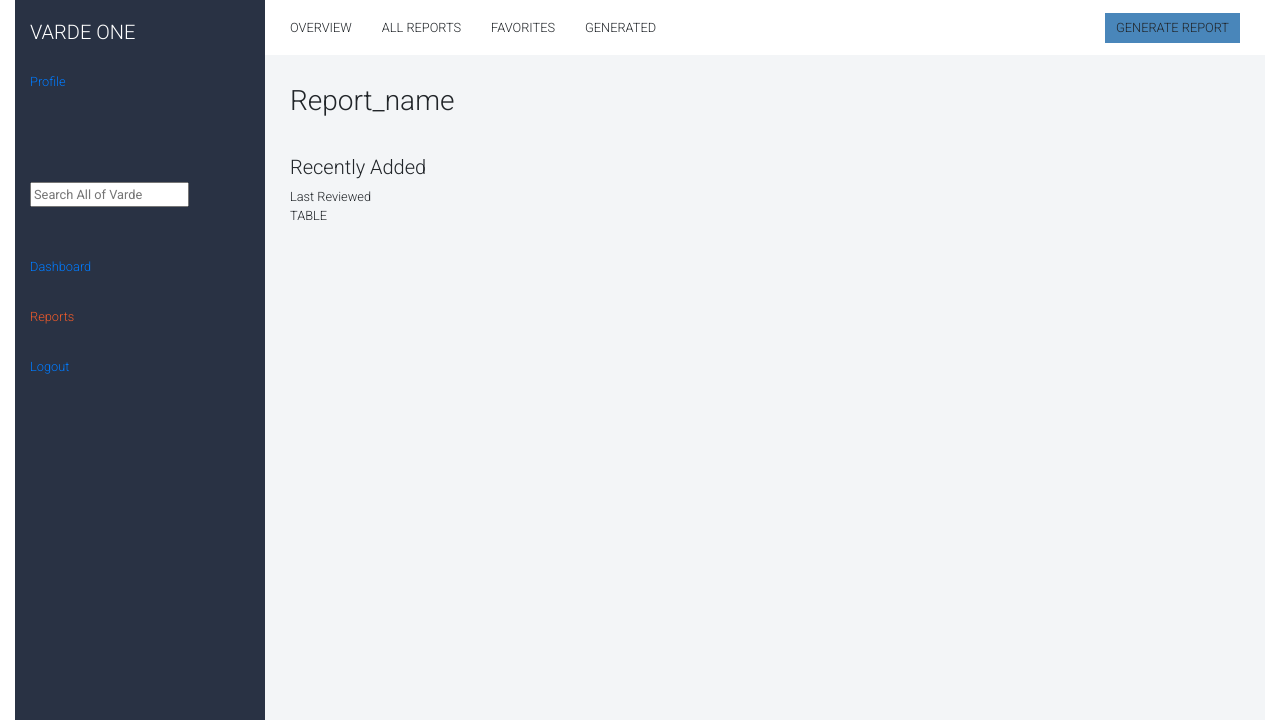
Repository: slavishtipkov/cra-redux
Page: /reports
An editor plug-in stored every save of this project. The page is shown before and after the next save, followed by the edit.
The browser window is 1280 px wide. The pictures show the whole page.
The project was rebuilt for these pictures with package versions that can differ from the ones it lists, and the page was loaded fresh each time. Also part of the build but not shown: src/Containers/Reports/reports.scss.

Above is the page before, as saved 2019-07-09 14:18:30.

### src/index.js
import React from "react";
import ReactDOM from "react-dom";
import { BrowserRouter as Router } from "react-router-dom";

import * as serviceWorker from "./serviceWorker";

import "@fortawesome/fontawesome-free/css/all.min.css";
import "bootstrap-css-only/css/bootstrap.min.css";
import "mdbreact/dist/css/mdb.css";

import App from "./Components/App";

import "./index.css";

ReactDOM.render(
  <Router>
    <App />
  </Router>,
  document.getElementById("root")
);

// If you want your app to work offline and load faster, you can change
// unregister() to register() below. Note this comes with some pitfalls.
// Learn more about service workers: https://bit.ly/CRA-PWA
serviceWorker.unregister();

### src/index.css
@import-normalize;

#root {
  max-width: 1360px;
  min-width: 960px;
  margin: 0 auto;
  font-size: 0.8rem;
}

### src/Components/App/App.js
import React, { Suspense, lazy } from "react";
import { Route, Switch } from "react-router-dom";

import SideBar from "../Common/SideBar";

import "./App.scss";

const Login = lazy(() => import("../../Containers/Login"));
const Profile = lazy(() => import("../../Containers/Profile"));
const Dashboard = lazy(() => import("../../Containers/Dashboard"));
const Reports = lazy(() => import("../../Containers/Reports"));
const NotFound = lazy(() => import("../Common/NotFound"));

const App = ({ childProps }) => {
  return (
    <div className="container-fluid">
      <SideBar />
      <Suspense fallback={<div>Loading...</div>}>
        <Switch>
          <Route path="/" exact component={Login} props={childProps} />
          <Route path="/profile" exact component={Profile} props={childProps} />
          <Route
            path="/dashboard"
            exact
            component={Dashboard}
            props={childProps}
          />
          <Route path="/reports" exact component={Reports} props={childProps} />
          <Route component={NotFound} />
        </Switch>
      </Suspense>
    </div>
  );
};

export default App;

### src/Components/App/App.scss
.container-fluid {
  width: 100%;
  height: 100vh;

  display: flex;
  align-items: stretch;

  .side-bar {
    width: 20%;
  }

  .page {
    width: 80%;
    background-color: #f3f5f7;

    .page-header {
      .page-header-nav {
        background-color: #ffffff;
        display: flex;
        justify-content: space-between;

        ul {
          display: flex;
          margin: 0;
          padding: 0;
          height: 55px;
          line-height: 55px;

          padding-left: 25px;

          li {
            display: block;
            margin-right: 30px;

            &:hover {
              color: #4986ba;
              cursor: pointer;
            }
          }
        }

        .generate-report-wrapper {
          align-self: center;
          text-align: center;

          .generate-button {
            margin-right: 25px;
            height: 30px;
            width: 135px;
            background-color: #4986ba;
            line-height: 30px;
            cursor: pointer;
          }
        }
      }
      .page-header-heading {
        height: 100px;
        display: flex;
        align-items: center;
        padding-left: 25px;
      }
      .page-header-content {
        padding-left: 25px;
      }
    }

    .page-content {
      padding-left: 25px;
    }
  }
}

### src/Containers/Reports/index.js
import Reports from "./Reports";

export default Reports;

### src/Components/Common/SideBar/SideBar.js
import React from "react";
import { NavLink } from "react-router-dom";

import "./sideBar.scss";
import { MDBContainer, MDBRow, MDBCol } from "mdbreact";
const SideBar = () => {
  const activeStyle = { color: "#F15B2A" };

  return (
    <nav className="side-bar">
      <h5 className="heading">VARDE ONE</h5>
      <div className="profile-section">
        <NavLink to="/profile" activeStyle={activeStyle}>
          Profile
        </NavLink>
      </div>
      <div className="search-bar">
        <input type="text" placeholder="Search All of Varde" />
      </div>
      <div className="main-links">
        <NavLink to="/dashboard" activeStyle={activeStyle}>
          Dashboard
        </NavLink>
        <NavLink to="/reports" activeStyle={activeStyle} exact>
          Reports
        </NavLink>
      </div>
      <NavLink to="/logout" activeStyle={activeStyle}>
        Logout
      </NavLink>
    </nav>
  );
};

export default SideBar;

### src/Containers/Reports/Reports.js
import React from "react";

import "./reports.scss";

const Reports = () => (
  <div className="reports-page page">
    <div className="reports-page-header page-header">
      <div className="page-header-nav">
        <ul>
          <li>OVERVIEW</li>
          <li>ALL REPORTS</li>
          <li>FAVORITES</li>
          <li>GENERATED</li>
        </ul>
        <div className="generate-report-wrapper">
          <div className="generate-button">GENERATE REPORT</div>
        </div>
      </div>
      <div className="page-header-heading">
        <h3>Report_name</h3>
      </div>
      <div className="page-header-content">
        <div className="recently-added">
          <h5>Recently Added</h5>
        </div>
      </div>
    </div>
    <div className="page-content">
      <div>Last Reviewed</div>
      <div className="table">TABLE</div>
    </div>
  </div>
);

export default Reports;

### src/Components/Common/SideBar/sideBar.scss
.side-bar {
  display: flex;
  flex-direction: column;

  padding-left: 15px;
  padding-right: 15px;
  background-color: #293244;

  .heading {
    padding-top: 20px;
    padding-bottom: 20px;
    color: white;
  }

  .profile-section {
    height: 90px;
    margin-bottom: 20px;
  }

  .serach-bar {
    padding-top: 20px;
    margin-bottom: 50px;

    input {
      display: inline;
    }
  }

  .main-links {
    display: flex;
    flex-direction: column;
    margin-top: 50px;

    a {
      height: 50px;
      text-decoration: none;
    }
  }
}

Loaded but not shown: public/index.html (common file); src/serviceWorker.js (common file); src/Components/App/index.js (common file); src/Components/Common/SideBar/index.js (common file)

After the next save:
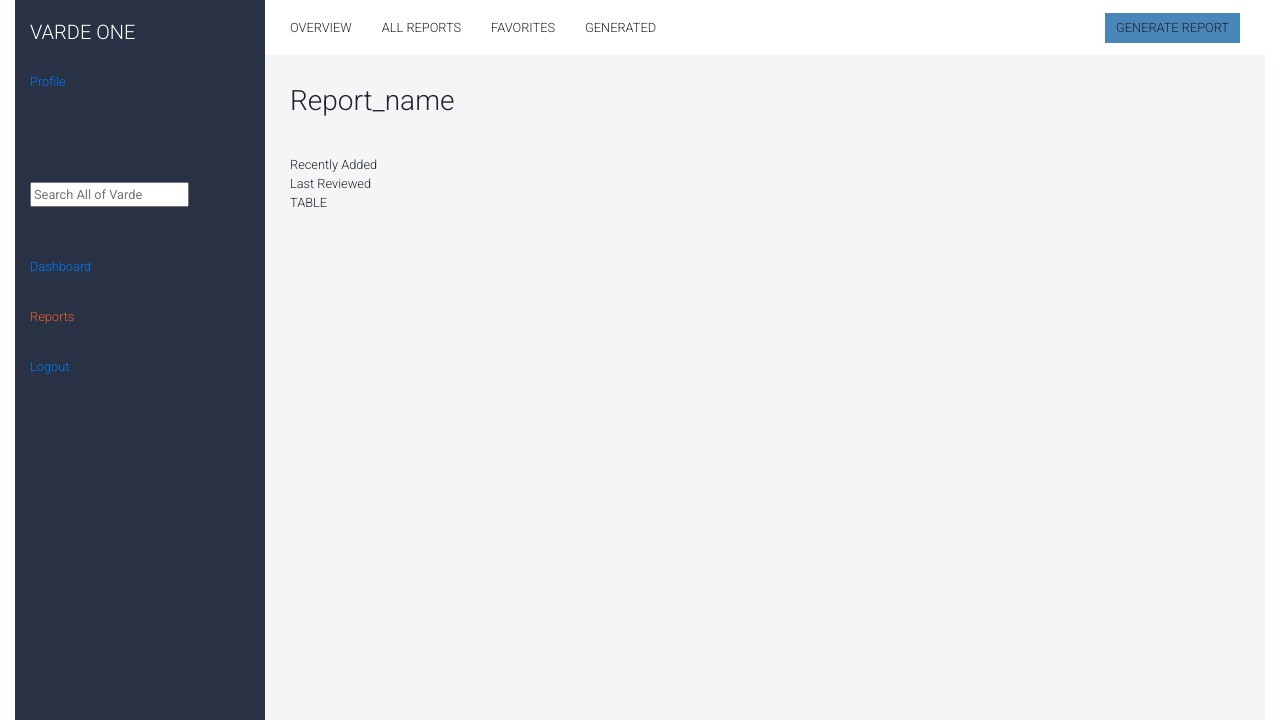
Saved 66 s later.
--- a/src/Containers/Reports/Reports.js
+++ b/src/Containers/Reports/Reports.js
@@ -20,8 +20,8 @@ const Reports = () => (
         <h3>Report_name</h3>
       </div>
       <div className="page-header-content">
-        <div className="recently-added">
-          <h5>Recently Added</h5>
+        <div className="recently-added-wrapper">
+          <div>Recently Added</div>
         </div>
       </div>
     </div>
